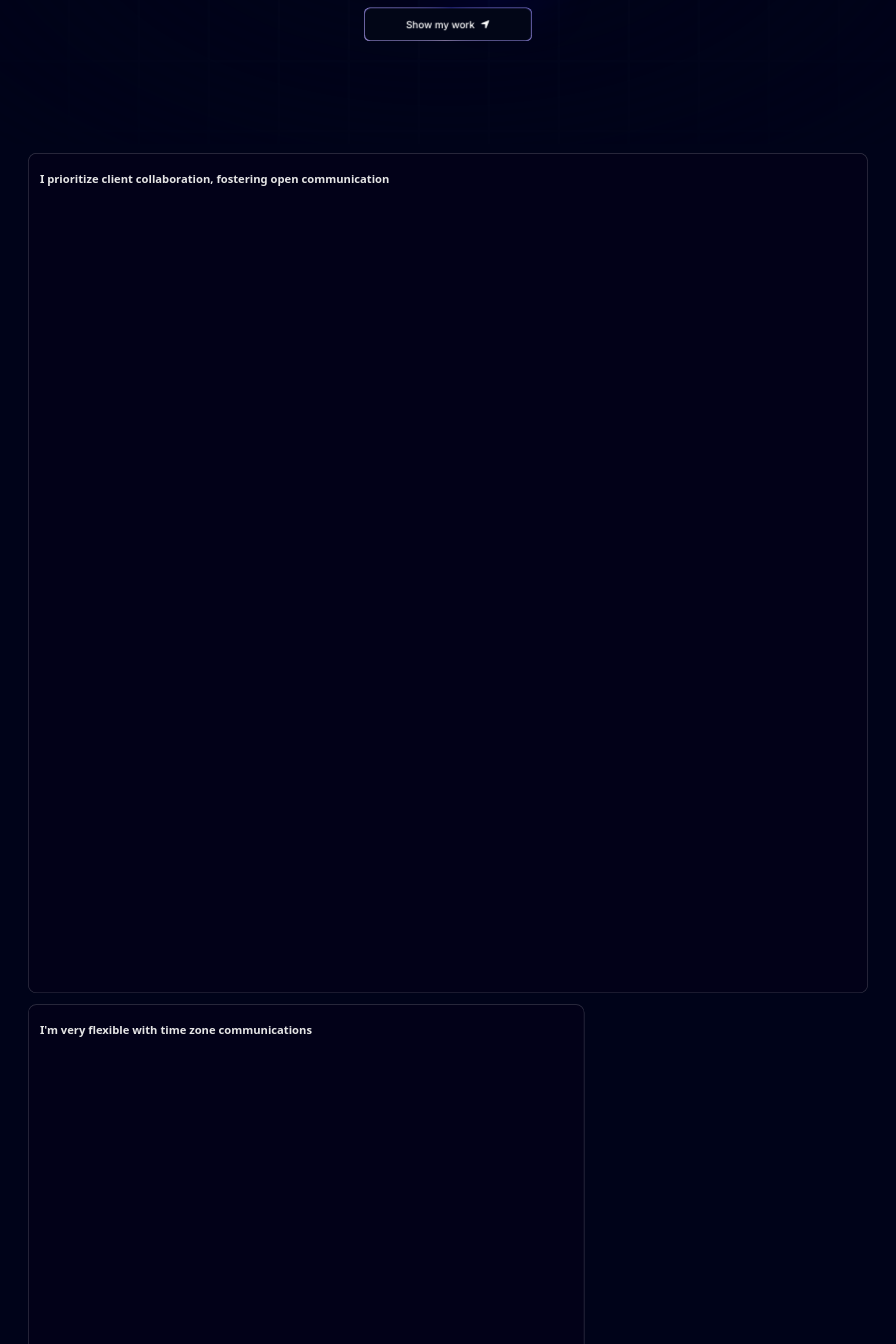
Repository: drsamame/portfolio.next
Page: /
These files come from the project's save history. The page is drawn as it stood at one moment and after the next save; the edit follows.
The browser window is 1280 px wide. The pictures show the part of the page from y = 514 to 2434 px (the page is 4365 px tall), at 70% of full size.
The project was rebuilt for these pictures with package versions that can differ from the ones it lists, and the page was loaded fresh each time. The framework's server and built-in components were replaced by stand-ins that run in the browser. Also part of the build but not shown: next.config.mjs.

Above is the page before, as saved 2024-07-03 16:20:39.

### app/layout.tsx
import type { Metadata } from 'next';
import { Inter } from 'next/font/google';
import './globals.css';
import { ThemeProvider } from './provider';

const inter = Inter({ subsets: ['latin'] });

export const metadata: Metadata = {
	title: "Diego's Portfolio",
	description: 'Modern & Minimalist JS Mastery Portfolio',
};

export default function RootLayout({
	children,
}: Readonly<{
	children: React.ReactNode;
}>) {
	return (
		<html lang="en">
			<body className={inter.className}>
				<ThemeProvider
					attribute="class"
					defaultTheme="dark"
					enableSystem
					disableTransitionOnChange
				>
					{children}
				</ThemeProvider>
			</body>
		</html>
	);
}

### app/page.tsx
import Hero from '@/components/Hero';
import { FloatingNav } from '../components/ui/FloatinNav';
import { FaHome } from 'react-icons/fa';
import Grid from '@/components/Grid';
import { navItems } from '@/data';

export default function Home() {
	return (
		<main className="relative bg-black-100 flex justify-center items-center flex-col overflow-hidden mx-auto sm:px-10 px-5">
			<div className="max-w-7xl w-full">
				<FloatingNav
					navItems={navItems}
				/>
				<Hero />
        <Grid />
			</div>
		</main>
	);
}

### components/Hero.tsx
import React from 'react';
import { Spotlight } from '@/components/ui/Spotlight';
import { TextGenerateEffect } from './ui/TextGenerateEffect';
import MagicButton from './ui/MagicButton';
import { FaLocationArrow } from 'react-icons/fa6';


function Hero() {
	return (
		<div className="pb-20 pt-36">
			<div>
				{' '}
				<Spotlight
					className="-top-40 -left-10 md:-left-32 md:-top-20p h-screen"
					fill="white"
				/>
				<Spotlight
					className="top-10 left-full h-[80vh] w-[50vw]"
					fill="purple"
				/>
				<Spotlight className="top-28 left-80 h-[80-vh] w-[50vw]" fill="blue" />
			</div>
			<div className="h-screen w-full dark:bg-black-100 bg-white  dark:bg-grid-white/[0.01] bg-grid-black/[0.1] flex items-center justify-center absolute left-0 top-0">
				<div className="absolute pointer-events-none inset-0 flex items-center justify-center dark:bg-black-100 bg-white [mask-image:radial-gradient(ellipse_at_center,transparent_20%,black)]"></div>
			</div>
			<div className="flex justify-center relative my-20 z-10">
				<div className="max-w-[89vw] md:max-w-2xl lg:max-w-[60vw] flex flex-col items-center justify-center">
					<h2 className="uppercase tracking-widest text-xs text-center text-blue-100 max-w-80">
						DYNAMIC WEB MAGIC WITH NEXT.JS
					</h2>
					<TextGenerateEffect
						className="text-center text-[40px] md:text-5xl lg:text-6xl"
						words={'Transforming Ideas into Reality'}
					></TextGenerateEffect>
					<p className="text-center md:tracking-wide mb-4 text-sm md:text-lg lg:text-2xl">
						Hi, I&apos;m Diego, a Next.js Developer based in Perú
					</p>
					<MagicButton
						title="Show my work"
						icon={<FaLocationArrow />}
						position="right"
					/>
				</div>
			</div>
		</div>
	);
}

export default Hero;

### components/ui/FloatinNav.tsx
"use client";
import React, { useState } from "react";
import {
  motion,
  AnimatePresence,
  useScroll,
  useMotionValueEvent,
} from "framer-motion";
import { cn } from "@/utils/cn";
import Link from "next/link";

export const FloatingNav = ({
  navItems,
  className,
}: {
  navItems: {
    name: string;
    link: string;
    icon?: JSX.Element;
  }[];
  className?: string;
}) => {
  const { scrollYProgress } = useScroll();

  const [visible, setVisible] = useState(false);

  useMotionValueEvent(scrollYProgress, "change", (current) => {
    // Check if current is not undefined and is a number
    if (typeof current === "number") {
      let direction = current! - scrollYProgress.getPrevious()!;

      if (scrollYProgress.get() < 0.05) {
        setVisible(false);
      } else {
        if (direction < 0) {
          setVisible(true);
        } else {
          setVisible(false);
        }
      }
    }
  });

  return (
    <AnimatePresence mode="wait">
      <motion.div
        initial={{
          opacity: 1,
          y: -100,
        }}
        animate={{
          y: visible ? 0 : -100,
          opacity: visible ? 1 : 0,
        }}
        transition={{
          duration: 0.2,
        }}
        className={cn(
          "flex max-w-fit  fixed top-10 inset-x-0 mx-auto border border-transparent dark:border-white/[0.2] rounded-full dark:bg-black bg-white shadow-[0px_2px_3px_-1px_rgba(0,0,0,0.1),0px_1px_0px_0px_rgba(25,28,33,0.02),0px_0px_0px_1px_rgba(25,28,33,0.08)] z-[5000] pr-2 pl-8 py-2  items-center justify-center space-x-4",
          className
        )}
      >
        {navItems.map((navItem: any, idx: number) => (
          <Link
            key={`link=${idx}`}
            href={navItem.link}
            className={cn(
              "relative dark:text-neutral-50 items-center flex space-x-1 text-neutral-600 dark:hover:text-neutral-300 hover:text-neutral-500"
            )}
          >
            <span className="block sm:hidden">{navItem.icon}</span>
            <span className="hidden sm:block text-sm">{navItem.name}</span>
          </Link>
        ))}
        <button className="border text-sm font-medium relative border-neutral-200 dark:border-white/[0.2] text-black dark:text-white px-4 py-2 rounded-full">
          <span>Login</span>
          <span className="absolute inset-x-0 w-1/2 mx-auto -bottom-px bg-gradient-to-r from-transparent via-blue-500 to-transparent  h-px" />
        </button>
      </motion.div>
    </AnimatePresence>
  );
};

### components/Grid.tsx
import React from 'react';
import { BentoGrid, BentoGridItem } from './ui/BentoGrid';
import { gridItems } from '../data';

function Grid() {
	return (
		<section>
			<BentoGrid>
				{gridItems.map((item) => (
					<BentoGridItem
						key={item.id}
						title={item.title}
						description={item.description}
                        className={item.className}
                        img={item.img}
                        imgClassName={item.imgClassName}
                        titleClassName={item.titleClassName}
                        spareImg={item.spareImg}

					/>
				))}
			</BentoGrid>
		</section>
	);
}

export default Grid;

### components/ui/Spotlight.tsx
import React from "react";
import { cn } from "@/utils/cn";

type SpotlightProps = {
  className?: string;
  fill?: string;
};

export const Spotlight = ({ className, fill }: SpotlightProps) => {
  return (
    <svg
      className={cn(
        "animate-spotlight pointer-events-none absolute z-[1]  h-[169%] w-[138%] lg:w-[84%] opacity-0",
        className
      )}
      xmlns="http://www.w3.org/2000/svg"
      viewBox="0 0 3787 2842"
      fill="none"
    >
      <g filter="url(#filter)">
        <ellipse
          cx="1924.71"
          cy="273.501"
          rx="1924.71"
          ry="273.501"
          transform="matrix(-0.822377 -0.568943 -0.568943 0.822377 3631.88 2291.09)"
          fill={fill || "white"}
          fillOpacity="0.21"
        ></ellipse>
      </g>
      <defs>
        <filter
          id="filter"
          x="0.860352"
          y="0.838989"
          width="3785.16"
          height="2840.26"
          filterUnits="userSpaceOnUse"
          colorInterpolationFilters="sRGB"
        >
          <feFlood floodOpacity="0" result="BackgroundImageFix"></feFlood>
          <feBlend
            mode="normal"
            in="SourceGraphic"
            in2="BackgroundImageFix"
            result="shape"
          ></feBlend>
          <feGaussianBlur
            stdDeviation="151"
            result="effect1_foregroundBlur_1065_8"
          ></feGaussianBlur>
        </filter>
      </defs>
    </svg>
  );
};

### components/ui/TextGenerateEffect.tsx
"use client";
import { useEffect } from "react";
import { motion, stagger, useAnimate } from "framer-motion";
import { cn } from "@/utils/cn";

export const TextGenerateEffect = ({
  words,
  className,
}: {
  words: string;
  className?: string;
}) => {
  const [scope, animate] = useAnimate();
  let wordsArray = words.split(" ");
  useEffect(() => {
    animate(
      "span",
      {
        opacity: 1,
      },
      {
        duration: 2,
        delay: stagger(0.2),
      }
    );
  }, [scope.current]);

  const renderWords = () => {
    return (
      <motion.div ref={scope}>
        {wordsArray.map((word, idx) => {
          return (
            <motion.span
              key={word + idx}
              className={`${ idx > 2 ? 'text-purple': 'dark:text-white text-black'}  opacity-0`}
            >
              {word}{" "}
            </motion.span>
          );
        })}
      </motion.div>
    );
  };

  return (
    <div className={cn("font-bold", className)}>
      <div className="my-4">
        <div className=" dark:text-white text-black leading-snug tracking-wide">
          {renderWords()}
        </div>
      </div>
    </div>
  );
};

### components/ui/MagicButton.tsx
import React from 'react';

function MagicButton({ title, icon, position, handleClick, otherClases }: { title: string; icon: React.ReactNode; position: string; handleClick: () => void; otherClases?: string }) {
	return (
		<button className="relative inline-flex h-12 overflow-hidden rounded-lg p-[1px] focus:outline-none md:w-60 md:mt-10">
			<span className="absolute inset-[-1000%] animate-[spin_2s_linear_infinite] bg-[conic-gradient(from_90deg_at_50%_50%,#E2CBFF_0%,#393BB2_50%,#E2CBFF_100%)]" />
			<span className={`inline-flex h-full w-full cursor-pointer items-center justify-center rounded-lg bg-slate-950 px-7 text-sm font-medium text-white backdrop-blur-3xl gap-2 ${otherClases}`}>
                {position === 'left' && icon}
				{title}
                {position === 'right' && icon}
			</span>
		</button>
	);
}

export default MagicButton;

### components/ui/BentoGrid.tsx
import { cn } from '@/utils/cn';

export const BentoGrid = ({
	className,
	children,
}: {
	className?: string;
	children?: React.ReactNode;
}) => {
	return (
		<div
			className={cn(
				'grid md:auto-rows-[18rem] grid-cols-1 md:grid-cols-3 gap-4 max-w-7xl mx-auto ',
				className
			)}
		>
			{children}
		</div>
	);
};

export const BentoGridItem = ({
	className,
	title,
	description,
	id,
	img,
	imgClassName,
	titleClassName,
	spareImg,
}: {
	className?: string;
	title?: string | React.ReactNode;
	description?: string | React.ReactNode;
	id?: string;
	img?: string;
	imgClassName?: string;
	titleClassName?: string;
	spareImg?: string;
}) => {
	return (
		<div
			className={cn(
				'row-span-1 relative rounded-xl group/bento hover:shadow-xl transition duration-200 shadow-input dark:shadow-none p-4 dark:bg-black dark:border-white/[0.2] bg-white border border-transparent justify-between flex flex-col space-y-4',
				className
			)}
			style={{
				background: 'rgb(2,1,24)',
				backgroundColor:
					'rgb(2,1,24) linear-gradient(90deg, rgba(2,1,24,1) 0%, rgba(134,134,168,1) 68%, rgba(21,77,88,1) 100%)',
			}}
		>
			<div className="group-hover/bento:translate-x-2 transition duration-200">
				<div className="font-sans font-bold text-neutral-600 dark:text-neutral-200 mb-2 mt-2">
					{title}
				</div>
				<div className="font-sans font-normal text-neutral-600 text-xs dark:text-neutral-300">
					{description}
				</div>
			</div>
		</div>
	);
};

Loaded but not shown: app/globals.css (common file); app/provider.tsx (common file); data/index.ts (common file); utils/cn.ts (common file); tailwind.config.ts (common file)

After the next save:
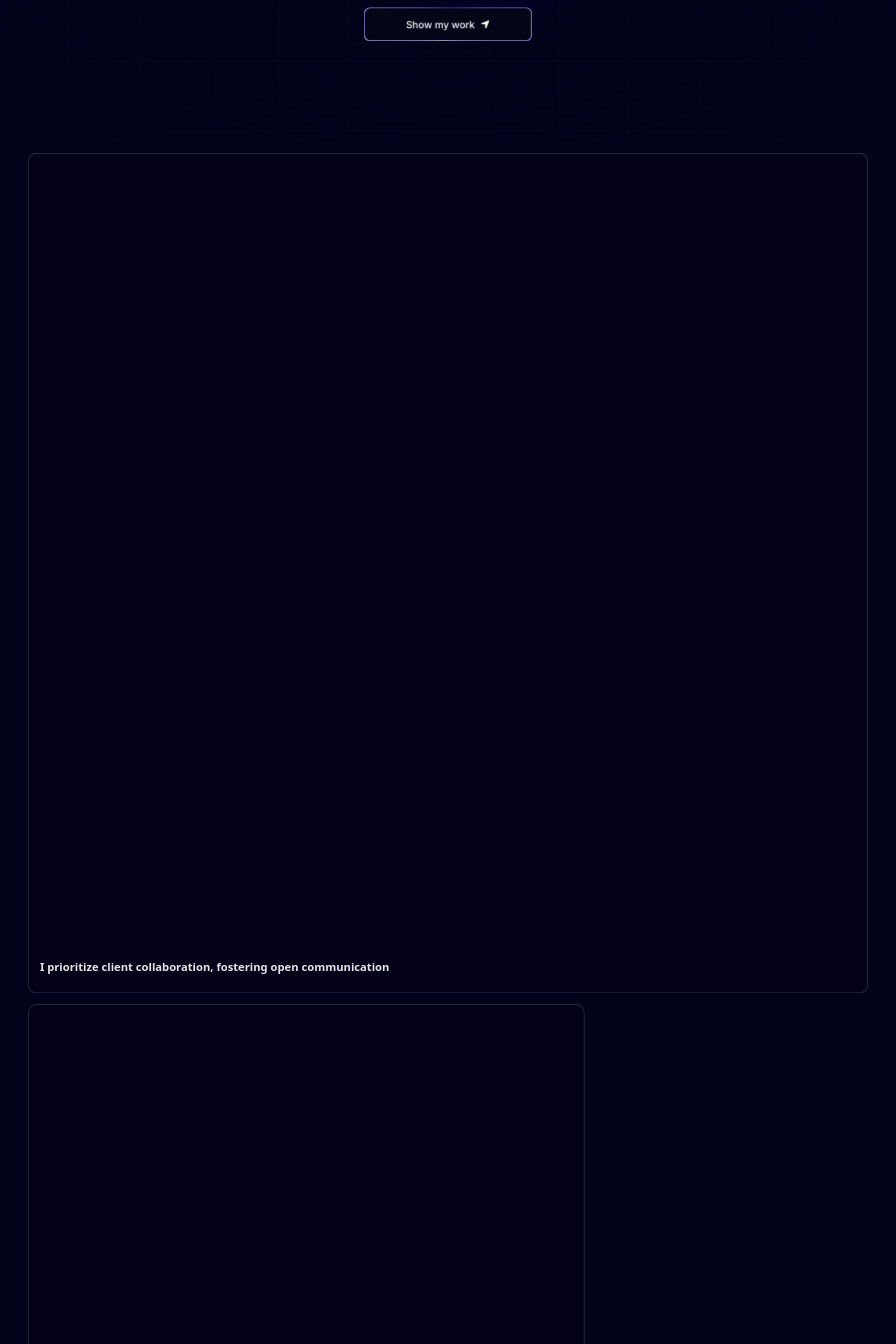
Saved 2 min 16 s later.
--- a/components/ui/BentoGrid.tsx
+++ b/components/ui/BentoGrid.tsx
@@ -50,6 +50,7 @@
 					'rgb(2,1,24) linear-gradient(90deg, rgba(2,1,24,1) 0%, rgba(134,134,168,1) 68%, rgba(21,77,88,1) 100%)',
 			}}
 		>
+            <div className={`${id === 6 && 'flex justify-center h-full'}`}></div>
 			<div className="group-hover/bento:translate-x-2 transition duration-200">
 				<div className="font-sans font-bold text-neutral-600 dark:text-neutral-200 mb-2 mt-2">
 					{title}
